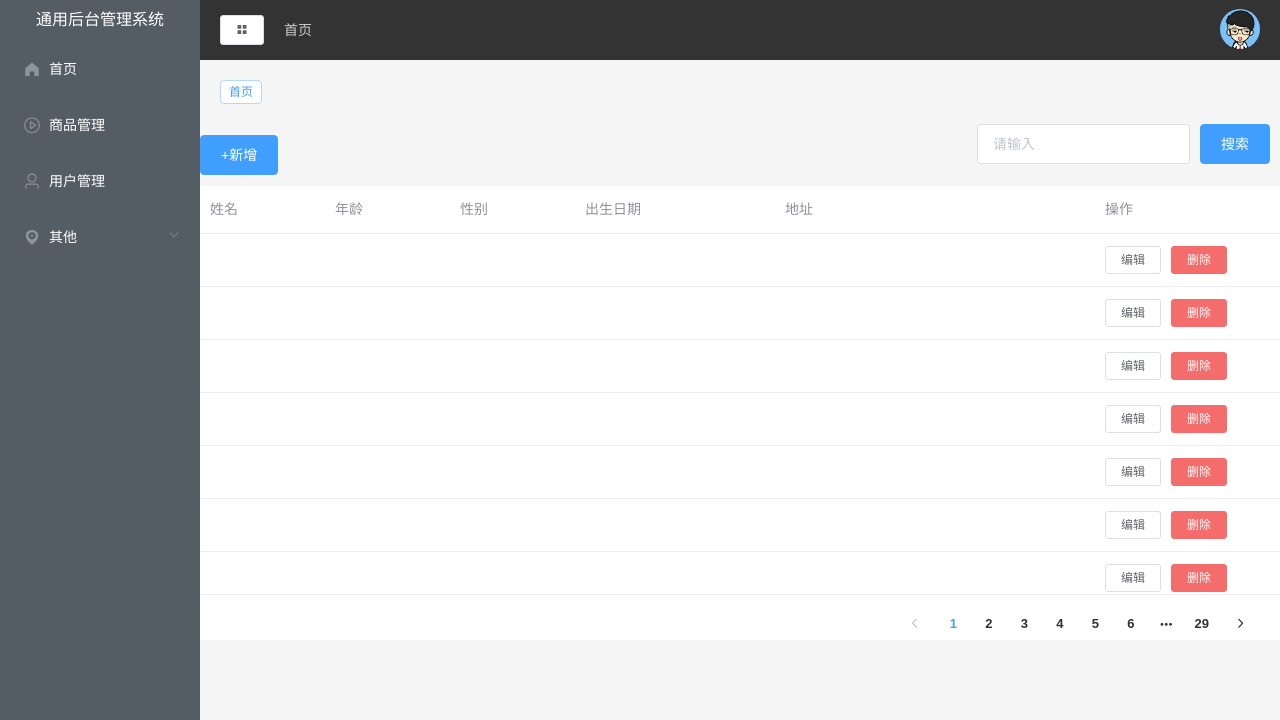
Repository: erwtt/git-demo
Page: /user (app in 后台管理系统/)
These files come from the project's save history. The page is drawn as it stood at one moment and after the next save; the edit follows.
The browser window is 1280 px wide. The pictures show the whole page.
An inner scrolling area shows only its first screen. The project was rebuilt for these pictures with package versions that can differ from the ones it lists, and the page was loaded fresh each time. Also part of the build but not shown: 后台管理系统/vue.config.js.

Above is the page before, as saved 2022-05-17 22:33:35.

After the next save:
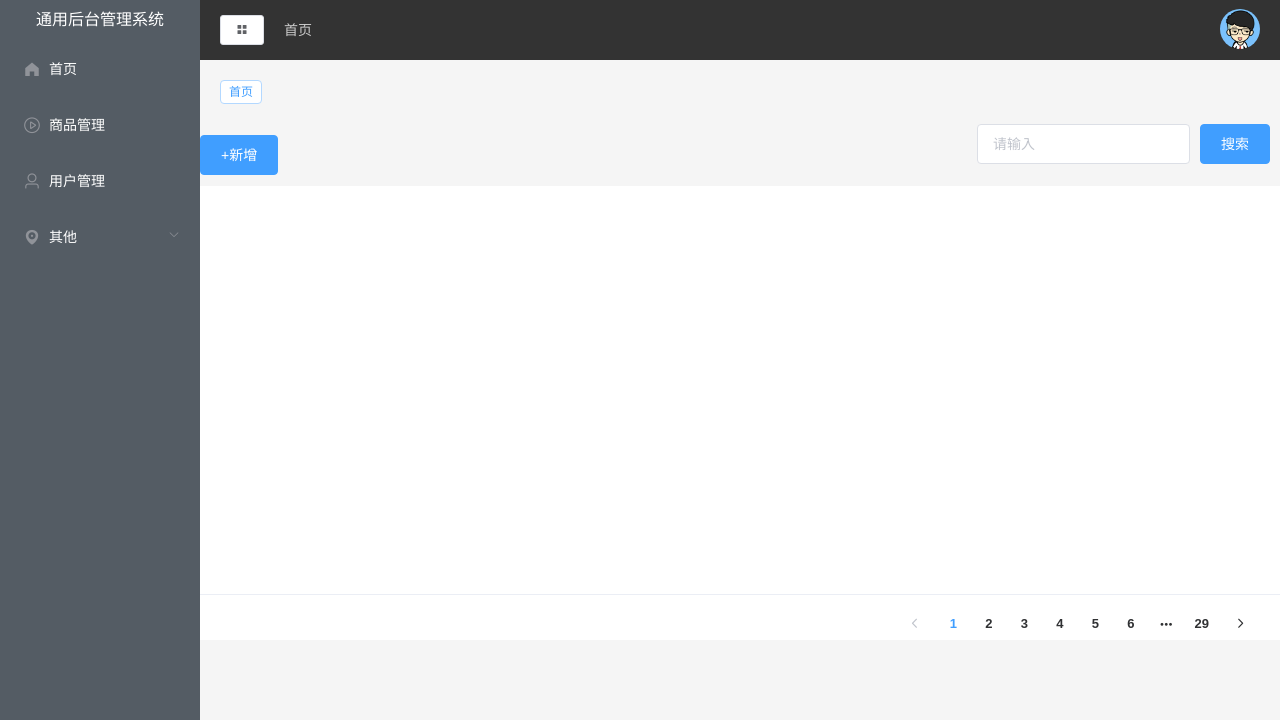
Saved 9 s later.
--- a/后台管理系统/src/components/CommonTable.vue
+++ b/后台管理系统/src/components/CommonTable.vue
@@ -10,6 +10,9 @@
             >
 
             </el-table-column>
+            <template slot-scope="scope">
+                <span style="margin-left: 10px">{{scope.row}}</span>
+            </template>
             <el-table-column label="操作" min-width="180">
                 <el-button size="mini" @click="handleEdit(scope.row)">编辑</el-button>
                 <el-button size="mini" type="danger" @click="handleDelete(scope.row)">删除</el-button>
